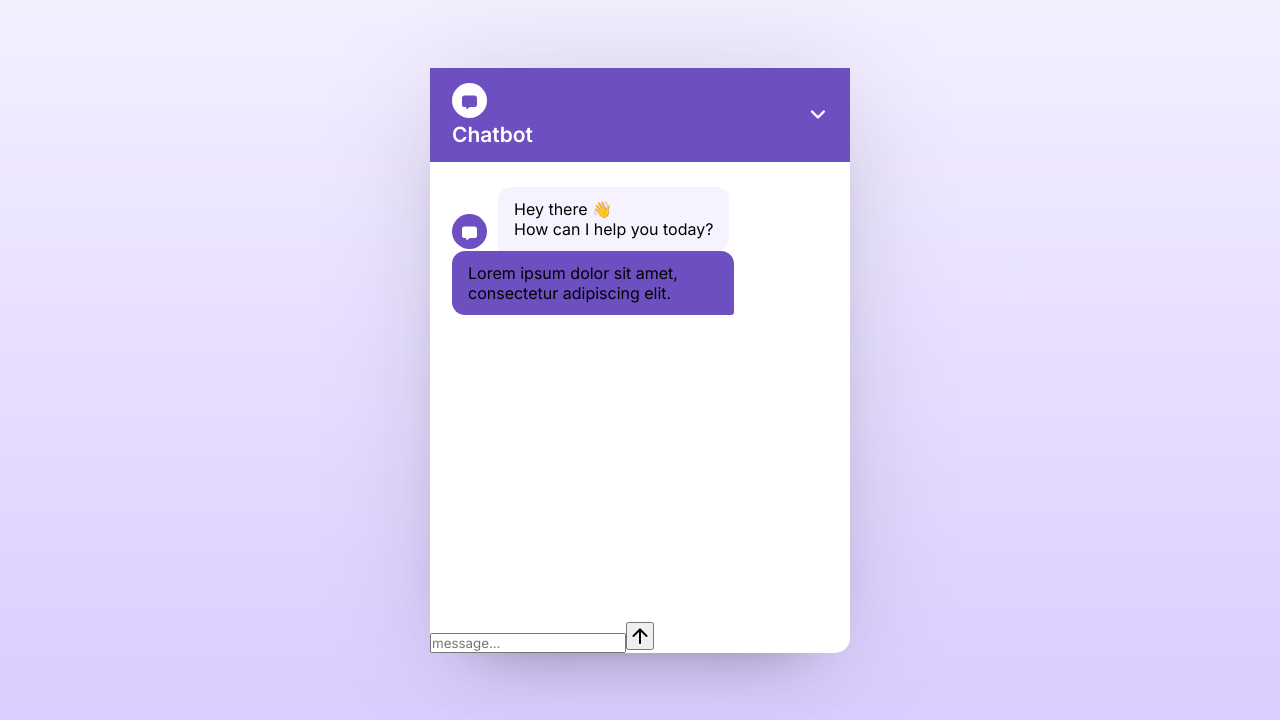
Repository: gogg23/chatbot
Page: / (app in chatbot/)
The author's editor kept a copy of each file at every save. The page is drawn from the files as they stood at one save, then again after the next save.
The browser window is 1280 px wide. The pictures show the whole page.
The project was rebuilt for these pictures with package versions that can differ from the ones it lists, and the page was loaded fresh each time. Also part of the build but not shown: chatbot/vite.config.js.

Above is the page before, as saved 2025-01-17 11:43:41.

After the next save:
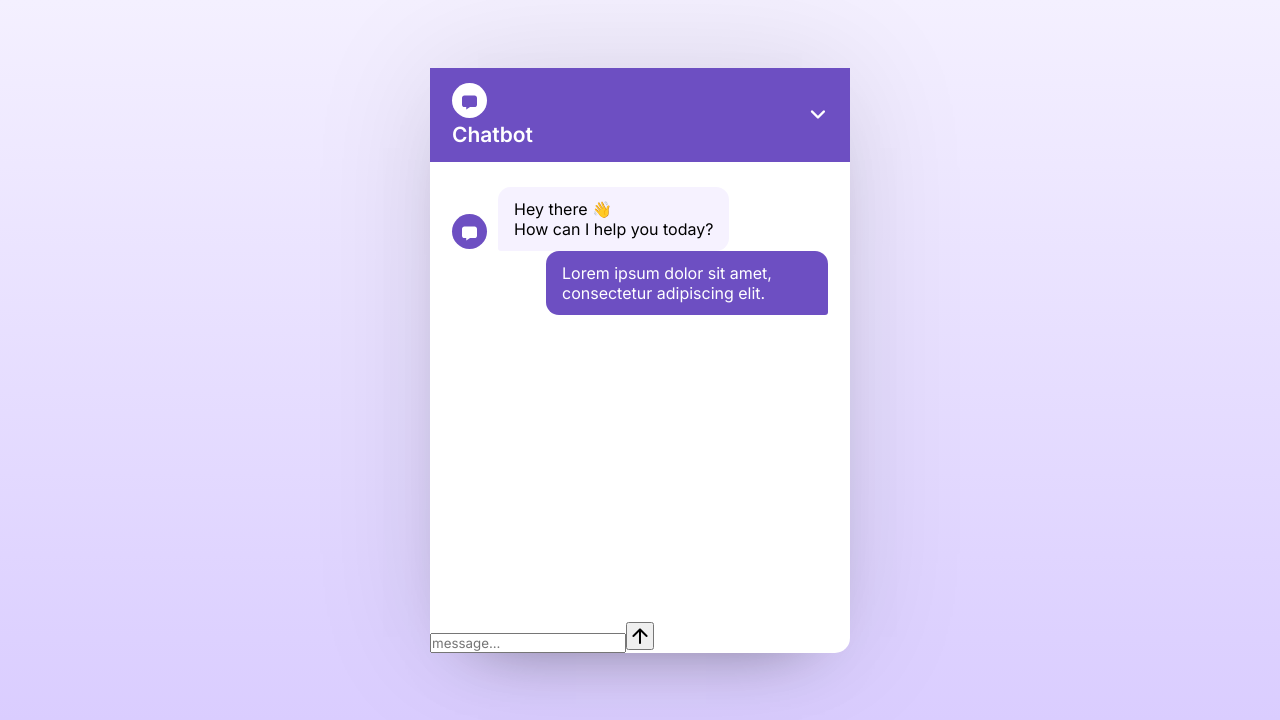
Saved 2 min 23 s later.
--- a/chatbot/src/index.css
+++ b/chatbot/src/index.css
@@ -107,7 +107,12 @@ body {
   border-radius: 13px 13px 13px 3px;
 }
 
+.chat-body .user-message {
+  flex-direction: column;
+  align-items: flex-end;
+}
 .chat-body .user-message .message-text {
+  color: #fff;
   background: #6d4fc2;
   border-radius: 13px 13px 3px 13px;
 }
